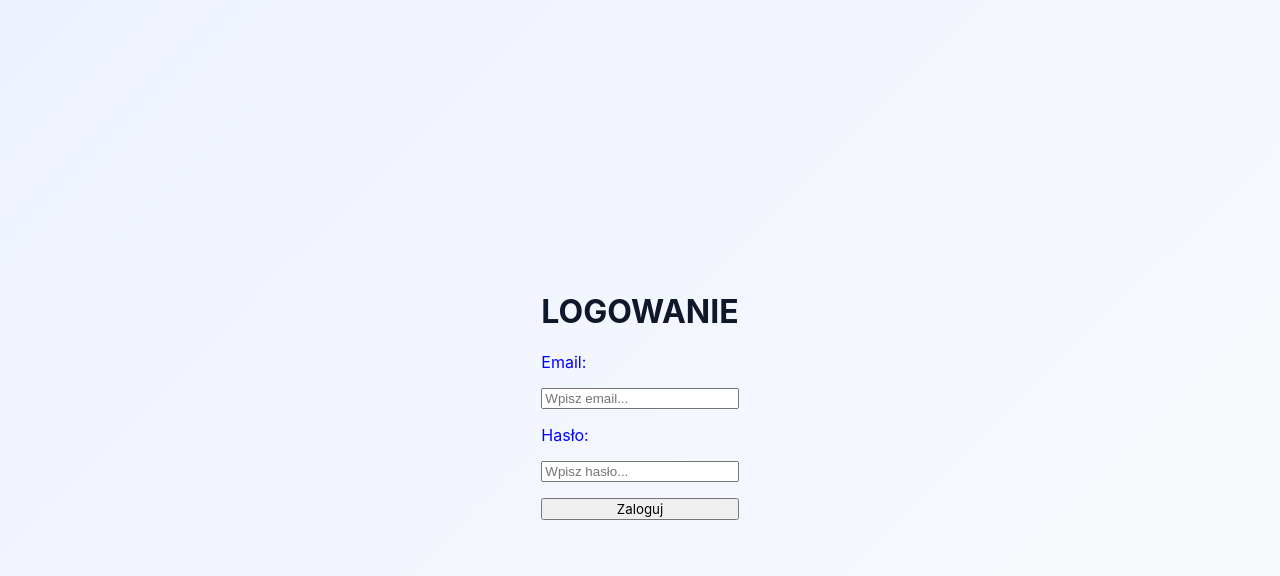
Repository: KrystianTrzy/reactapt
Page: /login
An editor plug-in stored every save of this project. The page is shown before and after the next save, followed by the edit.
The browser window is 1280 px wide. The pictures show the whole page.
The project was rebuilt for these pictures with package versions that can differ from the ones it lists, and the page was loaded fresh each time. Also part of the build but not shown: src/components/App/LikeCounter/LikeCounter.css, src/components/App/LikeCounter/LikeCounter.js, src/pages/Posts.js, src/pages/postdetail/postdetail.js, src/components/nav/nav.js, src/pages/dashboard/dashboard.css, src/pages/dashboard/dashboard.js.

Above is the page before, as saved 2025-11-22 13:39:09.

After the next save:
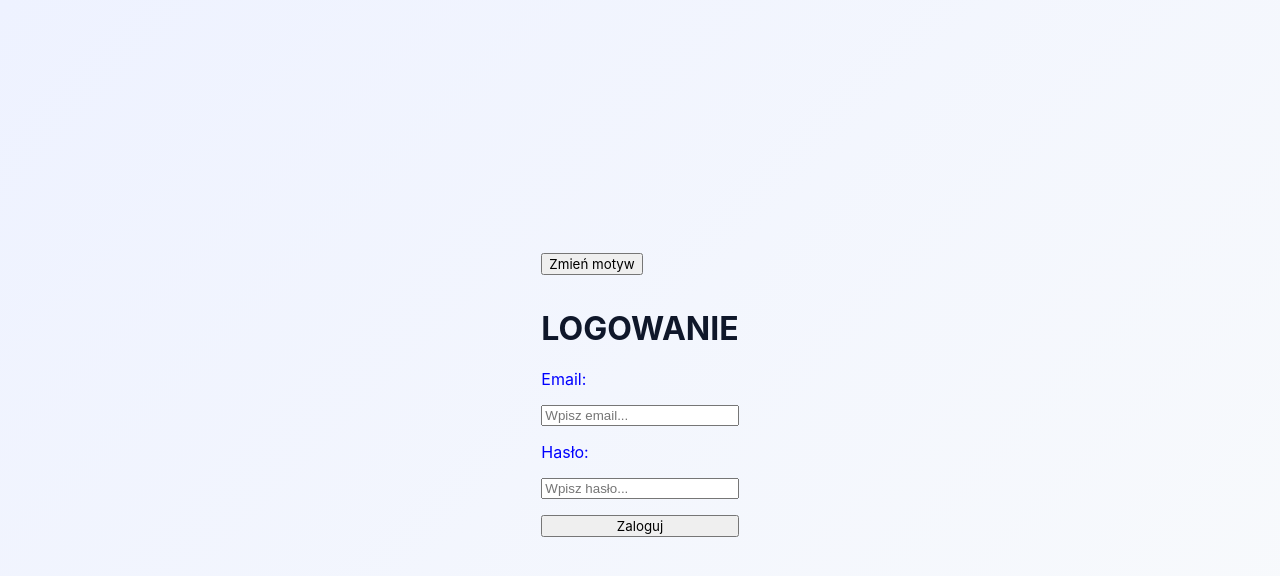
Saved 2 s later.
--- a/src/pages/login.js
+++ b/src/pages/login.js
@@ -1,5 +1,6 @@
 import { useState } from "react";
 import { useNavigate } from "react-router";
+import ThemeToggleButton from "../components/ThemeToggleButton";
 
 function Login() {
   const [email, setEmail] = useState("");
@@ -14,8 +15,8 @@ function Login() {
 
   return (
     <div className="login-container">
+      <ThemeToggleButton />
       <h1>LOGOWANIE</h1>
-
       <form onSubmit={handleSubmit} className="login-form">
         <label>Email:</label>
         <input
@@ -25,7 +26,6 @@ function Login() {
           onChange={(e) => setEmail(e.target.value)}
           required
         />
-
         <label>Hasło:</label>
         <input
           type="password"
@@ -34,7 +34,6 @@ function Login() {
           onChange={(e) => setPassword(e.target.value)}
           required
         />
-
         <button type="submit">Zaloguj</button>
       </form>
     </div>
